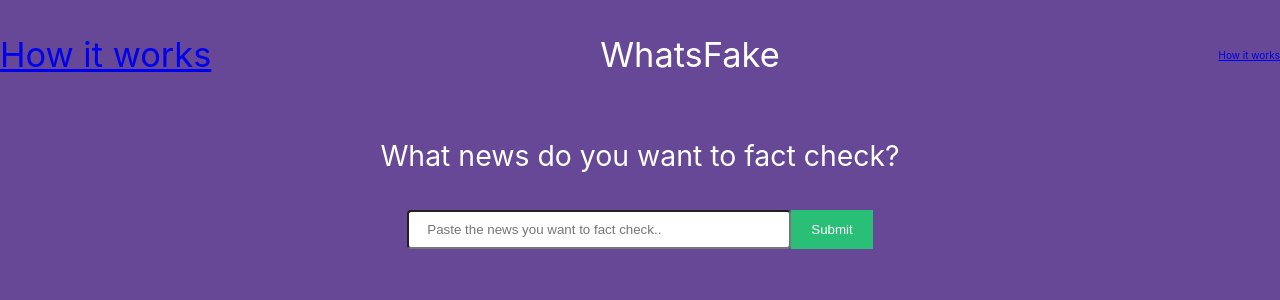
Repository: alkalox/FakeNews
Page: /
These files come from the project's save history. The page is drawn as it stood at one moment and after the next save; the edit follows.
The browser window is 1280 px wide. The pictures show the whole page.
The project was rebuilt for these pictures with package versions that can differ from the ones it lists, and the page was loaded fresh each time.

Above is the page before, as saved 2019-04-23 19:52:37.

After the next save:
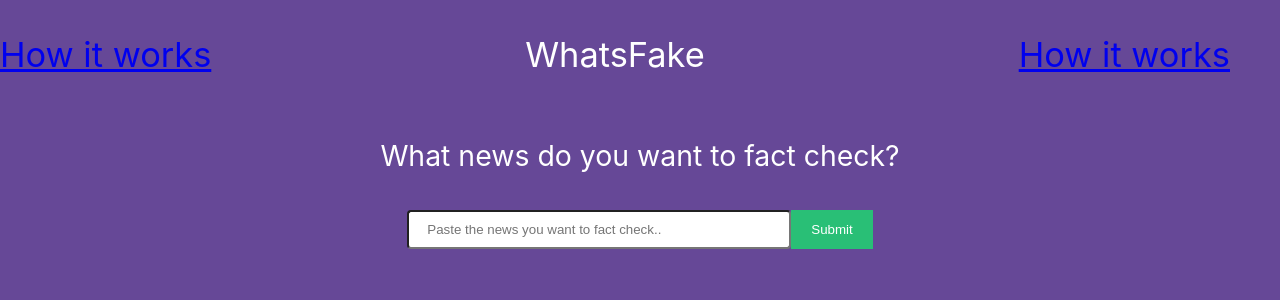
Saved 17 s later.
--- a/src/App.css
+++ b/src/App.css
@@ -17,8 +17,8 @@
 }
 
 .left {
-  padding-left: 50px;
-  font-size: 10px;
+  padding-right: 50px;
+  font-size: calc(20px + 2vmin);
 }
 .input {
   width: 30%;
